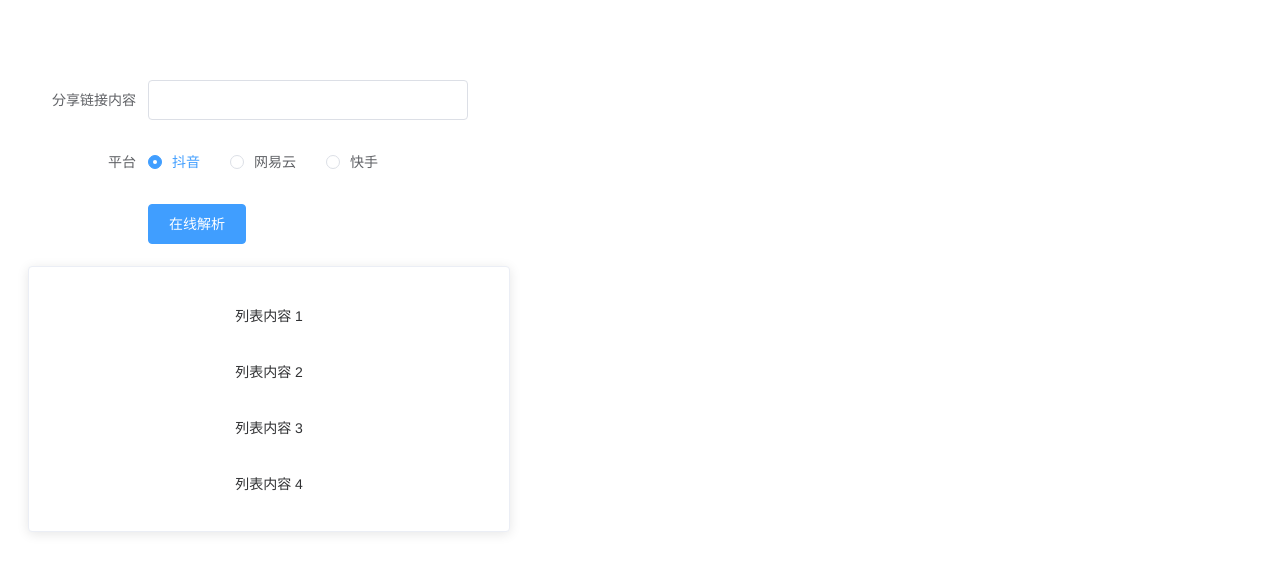
Repository: lyln/freepd
Page: / (app in frontend/freepd/)
These files come from the project's save history. The page is drawn as it stood at one moment and after the next save; the edit follows.
The browser window is 1280 px wide. The pictures show the whole page.
The project was rebuilt for these pictures with package versions that can differ from the ones it lists, and the page was loaded fresh each time.

Above is the page before, as saved 2022-05-22 22:43:24.

### frontend/freepd/index.html
<!DOCTYPE html>
<html>
  <head>
    <meta charset="utf-8">
    <meta name="viewport" content="width=device-width,initial-scale=1.0">
    <title>freepd</title>
  </head>
  <body>
    <div id="app"></div>
    <!-- built files will be auto injected -->
  </body>
</html>

### frontend/freepd/src/main.js
// The Vue build version to load with the `import` command
// (runtime-only or standalone) has been set in webpack.base.conf with an alias.
import Vue from 'vue'
import App from './App'
import router from './router'
import ElementUI from 'element-ui';
import 'element-ui/lib/theme-chalk/index.css';

Vue.config.productionTip = false
Vue.use(ElementUI)

/* eslint-disable no-new */
new Vue({
  el: '#app',
  router,
  components: { App },
  template: '<App/>'
})

### frontend/freepd/src/App.vue
<template>
	<div id="app">
		<router-view />
	</div>
</template>

<script>
export default {
	name: 'App',
}
</script>

<style>
#app {
	font-family: 'Avenir', Helvetica, Arial, sans-serif;
	-webkit-font-smoothing: antialiased;
	-moz-osx-font-smoothing: grayscale;
	text-align: center;
	color: #2c3e50;
	margin-top: 60px;
}
</style>

### frontend/freepd/src/components/HelloWorld.vue
<template>
	<el-container>
		<el-main style="wide: 80%">
			<el-row>
				<el-col :span="24">
					<div class="grid-content bg-purple-dark"></div>

					<el-form ref="form" :model="form" label-width="120px" class="fpd-form">
						<el-form-item label="分享链接内容">
							<el-input v-model="form.url"></el-input>
						</el-form-item>
						<el-form-item label="平台" label-width="120px">
							<el-radio-group v-model="form.type">
								<el-radio :label="1">抖音</el-radio>
								<el-radio :label="2">网易云</el-radio>
								<el-radio :label="3">快手</el-radio>
							</el-radio-group>
						</el-form-item>
						<el-form-item>
							<el-button type="primary" @click="onSubmit">在线解析</el-button>
						</el-form-item>
					</el-form>

					<el-card class="box-card">
						<div v-for="o in 4" :key="o" class="text item">
							{{'列表内容 ' + o }}
						</div>
					</el-card>
				</el-col>
			</el-row>
		</el-main>
	</el-container>

</template>
<script>
import axios from 'axios'
export default {
	name: 'HelloWorld',
	data() {
		return {
			msg: 'free parse download',
			form: {
				url: '',
				type: 1,
			},
		}
	},
	methods: {
		onSubmit() {
			console.log('submit!')
			axios
				.post('http://127.0.0.1:8000/douyin', { url: this.form.url })
				.then((res) => {
					console.log(res.data)
				})
				.catch((err) => {
					console.log('请求失败', err)
				})
		},
	},
}
</script>

<!-- Add "scoped" attribute to limit CSS to this component only -->
<style scoped>
h1,
h2 {
	font-weight: normal;
}
ul {
	list-style-type: none;
	padding: 0;
}
li {
	display: inline-block;
	margin: 0 10px;
}
a {
	color: #42b983;
}
.el-input {
	width: 320px;
}

.fpd-form {
	text-align: left;
}

.text {
	font-size: 14px;
}

.item {
	padding: 18px 0;
}

.box-card {
	width: 480px;
}
</style>

Loaded but not shown: frontend/freepd/src/router/index.js (common file)

After the next save:
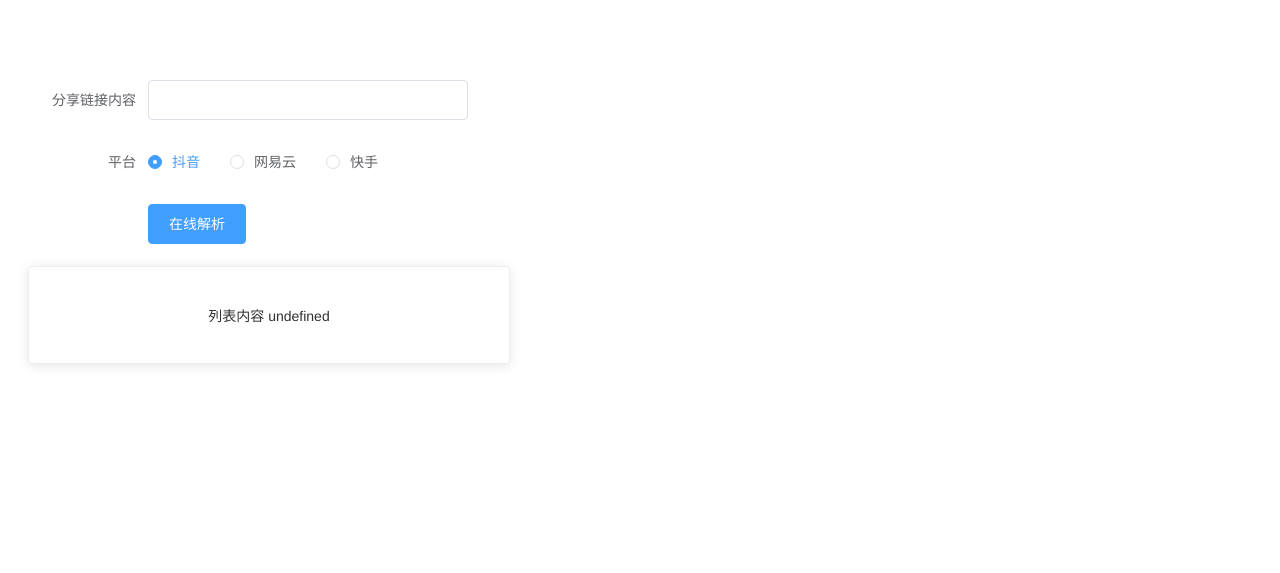
Saved 2 min 7 s later.
--- a/frontend/freepd/src/components/HelloWorld.vue
+++ b/frontend/freepd/src/components/HelloWorld.vue
@@ -22,8 +22,8 @@
 					</el-form>
 
 					<el-card class="box-card">
-						<div v-for="o in 4" :key="o" class="text item">
-							{{'列表内容 ' + o }}
+						<div class="text item">
+							{{'列表内容 ' + data.video }}
 						</div>
 					</el-card>
 				</el-col>
@@ -43,6 +43,7 @@ export default {
 				url: '',
 				type: 1,
 			},
+			data: {},
 		}
 	},
 	methods: {
@@ -52,6 +53,7 @@ export default {
 				.post('http://127.0.0.1:8000/douyin', { url: this.form.url })
 				.then((res) => {
 					console.log(res.data)
+					data = res.data
 				})
 				.catch((err) => {
 					console.log('请求失败', err)
